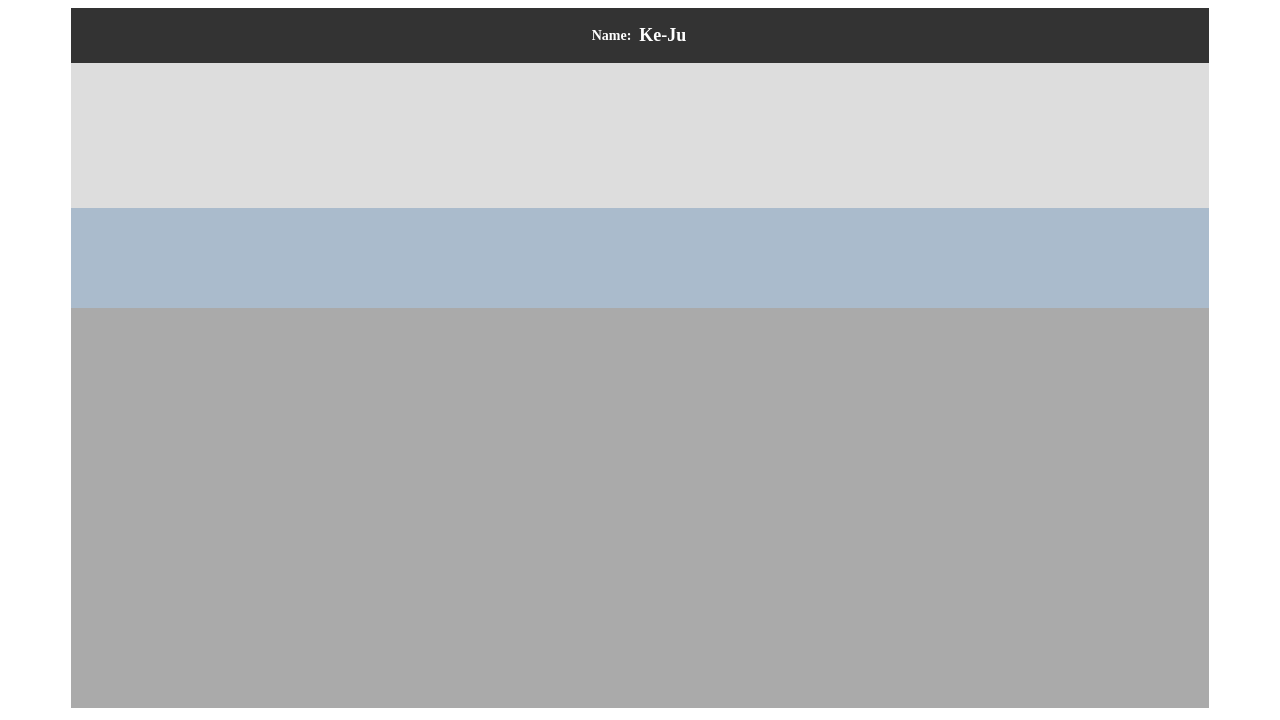
Repository: kerudai/mdiat3126nextapp
Page: /
The author's editor kept a copy of each file at every save. The page is drawn from the files as they stood at one save, then again after the next save.
The browser window is 1280 px wide. The pictures show the whole page.
The project was rebuilt for these pictures with package versions that can differ from the ones it lists, and the page was loaded fresh each time. The framework's server and built-in components were replaced by stand-ins that run in the browser.

Above is the page before, as saved 2020-09-29 16:15:17.

### pages/_app.js
import './app.scss';

function MyApp({ Component, pageProps }) {
  return <Component {...pageProps} />
}

export default MyApp

### pages/index.js
import Header from '../comps/Header';

export default function Home() {
  return (
    <div className="main">
      <div className="header">
        <Header />
      </div>
      <div className="contents">
        <div></div>
        <div></div>
        <div></div>
        <div></div>
        <div></div>
        <div></div>
        <div></div>
      </div>
    </div>
  )
}

### pages/app.scss


@import './index.scss';

### comps/Header/index.js
import React from 'react';
import styled, {css} from 'styled-components';

const HeadTitle = styled.h1`
    font-size: 18px;
    color: ${props=>props.color ? props.color : "#FFF"};
    padding: 5px;
    ${props=>props.highlight === true && css`
    background-color: #F5A;
    margin: 10px;
    `}
`;

const SubHeadTitle = styled(HeadTitle)`
    font-size: 14px;
    padding: 3px;
`;

const HeadBox = styled.div`
    background-color: #333;
    display: flex;
    align-items: center;
    justify-content: center;
`;

const Header = ({color, highlight}) => {
    return <HeadBox>
        <SubHeadTitle color={color}>Name: </SubHeadTitle>
        <HeadTitle highlight={highlight}>Ke-Ju</HeadTitle>
    </HeadBox>;
}

Header.defaultProps = {
    color: null,
    highlight: null
};

export default Header;

### pages/index.scss
.main {
    width: 90%;
    margin: auto;

    .header {
        min-height: 200px;
        background-color: #DDD;
    }

    .contents {
        min-height: 500px;
        display: flex;
        background-color: #AAA;

        div {
            background-color: #ABC;
            flex: 1 0 100px;
            height: 100px;
        }
    }
}

After the next save:
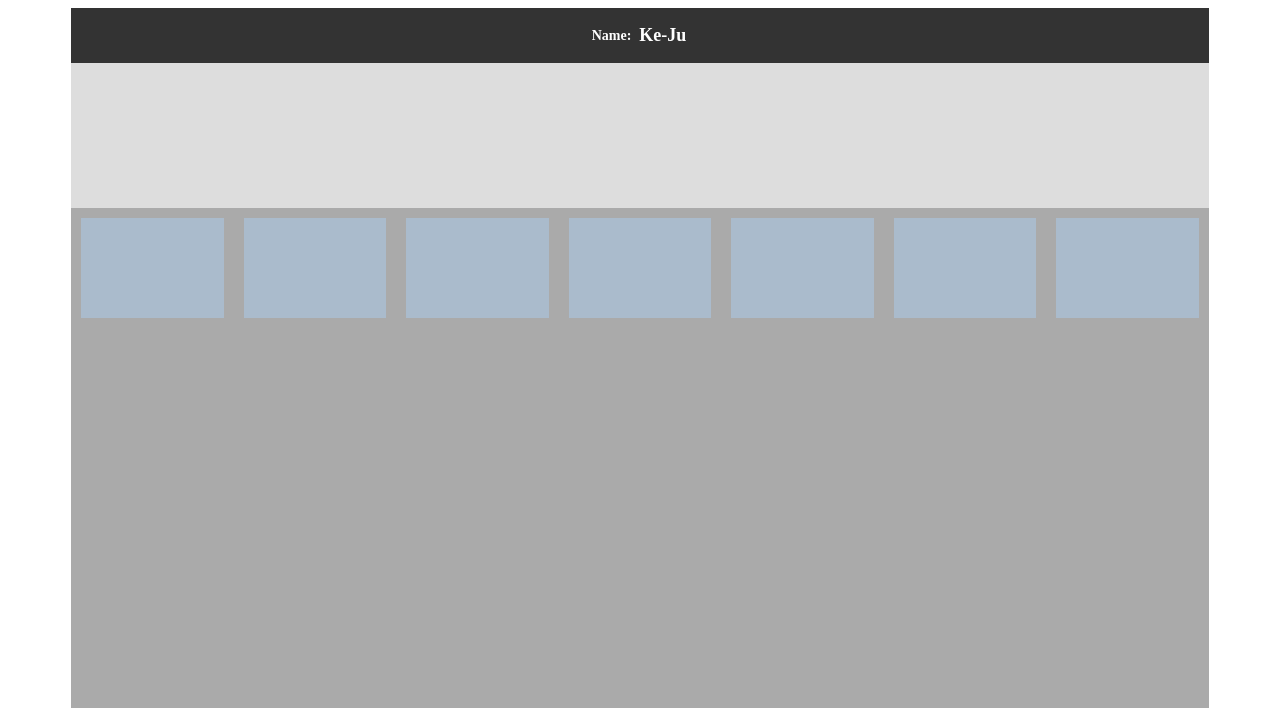
Saved 18 s later.
--- a/pages/index.scss
+++ b/pages/index.scss
@@ -11,11 +11,13 @@
         min-height: 500px;
         display: flex;
         background-color: #AAA;
+        flex-wrap: wrap;
 
         div {
             background-color: #ABC;
             flex: 1 0 100px;
             height: 100px;
+            margin: 10px;
         }
     }
 }
